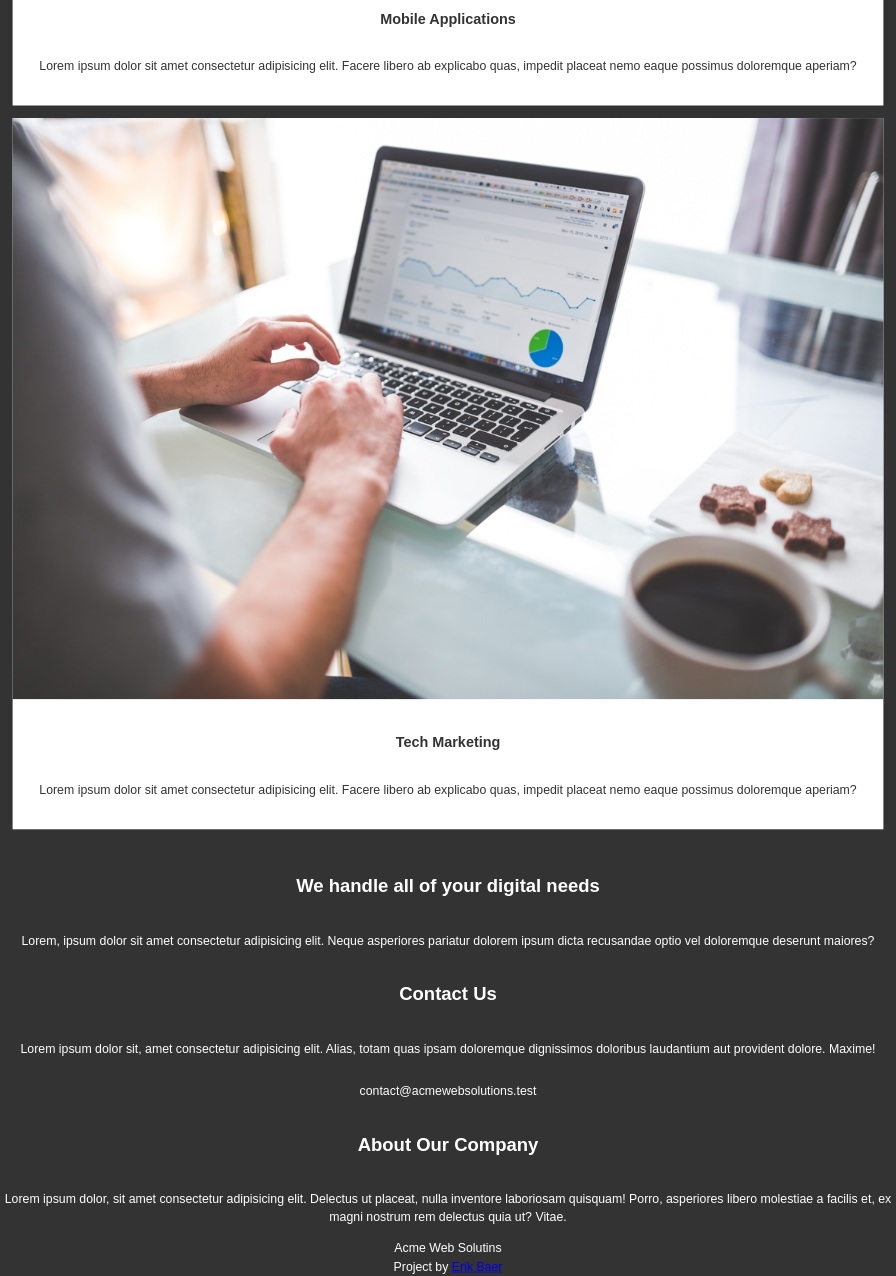
Repository: ErikBaer/MobileFirst
Page: index.html
An editor plug-in stored every save of this project. The page is shown before and after the next save, followed by the edit.
The browser window is 1280 px wide. The pictures show the part of the page from y = 2594 to 4514 px (the page is 4417 px tall before and 4514 px after), at 70% of full size.

Above is the page before, as saved 2020-02-15 03:13:28.

### index.html
<!DOCTYPE html>
<html lang="en">
<head>
    <meta charset="UTF-8">
    <meta name="viewport" content="width=device-width, initial-scale=1.0">
    <link rel="stylesheet" type="text/css" href="style.css">
    <title>Acme Web Solutions</title>
</head>
<body>
    <!--Header Showcase -->
   <header id="showcase" class="grid">
    <div class="bg-image"></div>
    <div class="content-wrap">
    <h1>Welcome to Acme Web Solutions</h1>
    <p>Lorem ipsum, dolor sit amet consectetur adipisicing elit.
         Consequuntur voluptas sed, rerum voluptatibus facilis
         earum consectetur repellendus? Natus, consequuntur cum!
        </p>
    <a href="#section-b" class="btn">Read More</a>
    </div>
</header>

<!-- Main Area -->

<main id="main">

    <!-- Section A -->

    <section id="section-a" class="grid">
        <div class="content-wrap">
            <h2 class="content-title">Web & Application Development</h2>
            <p>Lorem ipsum dolor sit amet consectetur, adipisicing elit.
                Distinctio, unde, natus excepturi illum maxime animi
                voluptatum tempore, aperiam voluptate sapiente enim quod
                 eligendi illo accusamus vel adipisci? Quos minus eius
                 perspiciatis ut, aliquam quidem ullam minima illo
                 repellendus earum quae.</p>
        </div>
    </section>

    <!-- Section B -->

    <section id="section-b" class="grid">
        <ul>
            <li>
                <div class="card">
                    <img src="./Assets/Coding-Person.jpg" alt="">
                    <div class="card-content">
                        <h3 class="card-title">web Development</h3>
                        <p>Lorem ipsum dolor sit amet consectetur
                            adipisicing elit. Facere libero ab explicabo
                            quas, impedit placeat nemo eaque possimus
                            doloremque aperiam?</p>
                    </div>
                </div>
            </li>
            <li>
                <div class="card">
                    <img src="./Assets/mobile-man.jpg" alt="">
                    <div class="card-content">
                        <h3 class="card-title">Mobile Applications</h3>
                        <p>Lorem ipsum dolor sit amet consectetur
                            adipisicing elit. Facere libero ab explicabo
                            quas, impedit placeat nemo eaque possimus
                            doloremque aperiam?</p>
                    </div>
                </div>
            </li>
            <li>
                <div class="card">
                    <img src="./Assets/charts.jpg" alt="">
                    <div class="card-content">
                        <h3 class="card-title">Tech Marketing</h3>
                        <p>Lorem ipsum dolor sit amet consectetur
                            adipisicing elit. Facere libero ab explicabo
                            quas, impedit placeat nemo eaque possimus
                            doloremque aperiam?</p>
                    </div>
                </div>
            </li>
        </ul>
    </section>

    <!-- Section C -->
    <section id="section-c" class="grid">
        <div class="content-wrap">
            <h2 class="content-title"> We handle all of your digital needs</h2>
            <p>Lorem, ipsum dolor sit amet consectetur adipisicing elit.
                Neque asperiores pariatur dolorem ipsum dicta recusandae
                 optio vel doloremque deserunt maiores?</p>
        </div>
    </section>

    <!-- Section D -->

    <section class="section-d grid">
        <div class="box">
            <h2 class="content-title">Contact Us</h2>
            <p>Lorem ipsum dolor sit, amet consectetur adipisicing elit.
                 Alias, totam quas ipsam doloremque dignissimos doloribus
                 laudantium aut provident dolore. Maxime!</p>
            <p>contact@acmewebsolutions.test</p>
        </div>
        <div class="box">
            <h2 class="content-title">About Our Company</h2>
            <p>Lorem ipsum dolor, sit amet consectetur adipisicing elit.
                Delectus ut placeat, nulla inventore laboriosam quisquam!
                Porro, asperiores libero molestiae a facilis et, ex magni
                 nostrum rem delectus quia ut? Vitae.</p>
        </div>
    </section>
</main>

<!-- Footer -->

<footer id="main-footer" class="grid">
    <div>Acme Web Solutins</div>
    <div>Project by <a href="www.baerdata.de" target="blank">Erik Baer</a></div>
</footer>

</body>
</html>

### style.css
body {
    margin: 0;
    font-family: Arial, Helvetica, sans-serif;
    background-color: #333;
    color: white;
    font-size:1.1em;
    line-height: 1.5;
    text-align: center;
}

img {
    display:block;
    width:100%;
    height: auto;
}

h1, h2, h3 {
    margin:0;
    padding: 1em 0;
}

p {
    margin: 0;
    padding: 1em 0;
}

.btn {
    display: inline-block;
    background: 333;
    color: white;
    text-decoration: none;
    padding: 1em 2em;
    border: 1px solid #666;
    margin: .5em 0
}

.btn:hover {
  background: #eaeaea;
  color: #333;
}

/* Header Showcase */

#showcase {
    min-height: 450px;
    color: #fff;
    text-align: center;
}

#showcase .bg-image {
    position: absolute;
    background: #333 url(/Assets/code.jpg);
    background-position: center;
    background-repeat: no-repeat;
    background-size: cover;
    width: 100%;
    height: 450px;
    z-index: -1;
    opacity: 0.4;
}

#showcase h1 {
    padding-top: 100px;
    padding-bottom: 0;
}

#showcase .content-wrap,
#section-a .content-wrap {
    padding: 0 1.5em;
}


/* Section A */

#section-a {
    background: #eaeaea;
    color: #333;
    padding-bottom: 2em;
}


/* Section B */

#section-b {
    padding: 2em 1em 1em;
}

#section-b ul {
    list-style:none;
    margin:0;
    padding:0;
}

#section-b li {
    margin-bottom: 1em;
    background: #fff;
    color: #333;

}

.card-content {
    padding: 1.5em;
}

After the next save:
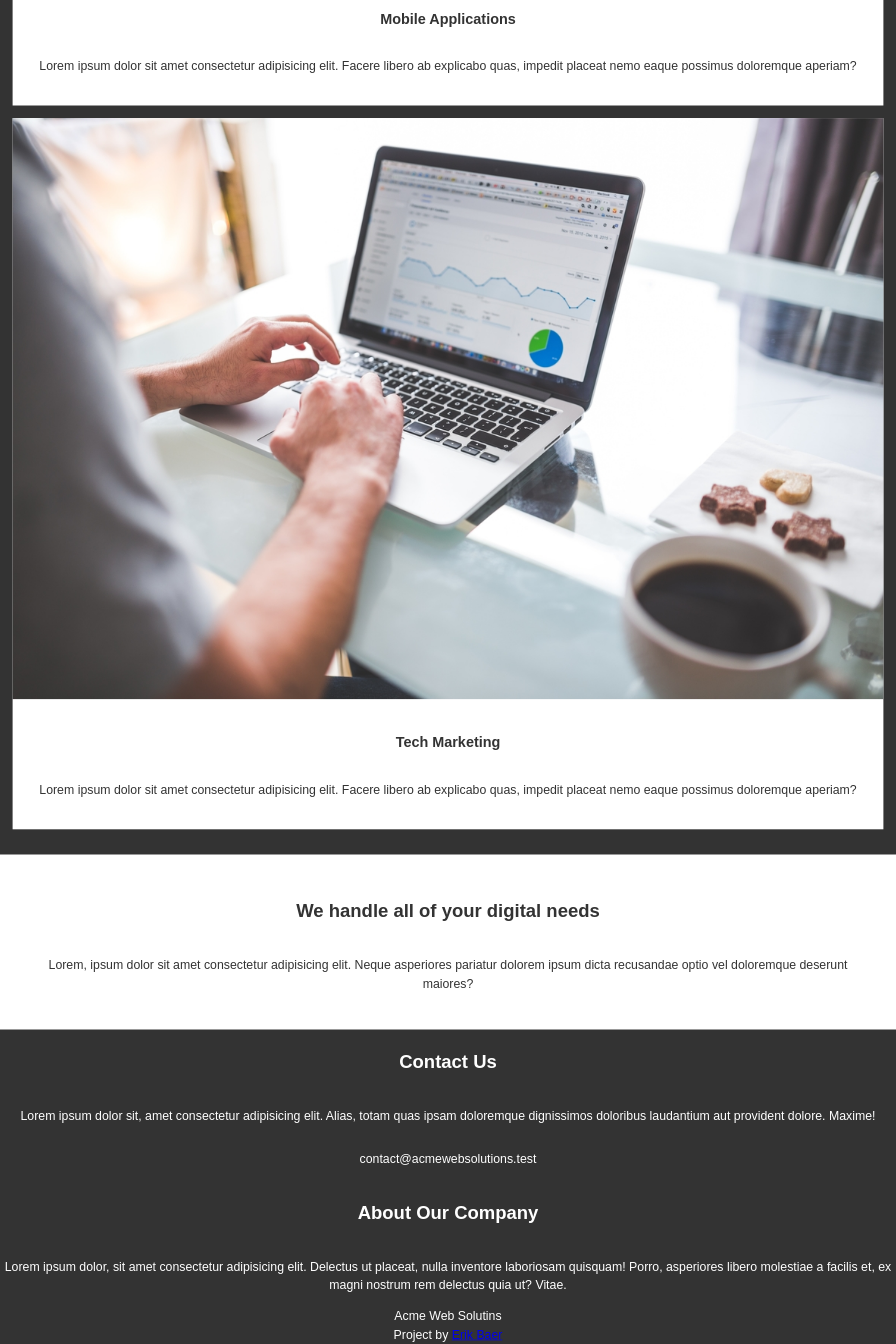
Saved 53 s later.
--- a/style.css
+++ b/style.css
@@ -101,3 +101,11 @@ p {
 .card-content {
     padding: 1.5em;
 }
+
+/* Section c */
+
+#section-c {
+    background: #fff;
+    color: #333;
+    padding: 2em;
+}
